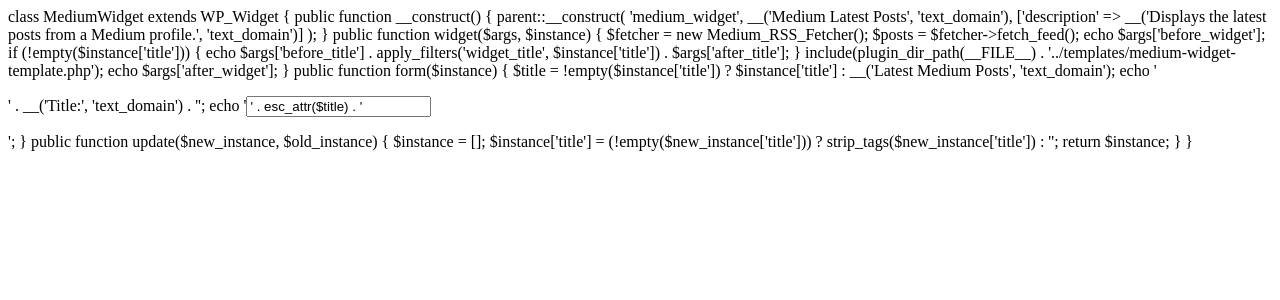
Repository: juanecl/jec-wp-rss-medium
Page: http://localhost/includes/class-medium-widget.php
These files come from the project's save history. The page is drawn as it stood at one moment and after the next save; the edit follows.
The browser window is 1280 px wide. The pictures show the whole page.
The page is run by PHP 8.4 with error messages shown; the project is at /var/www/html/.

Above is the page before, as saved 2025-01-30 16:18:44.

After the next save:
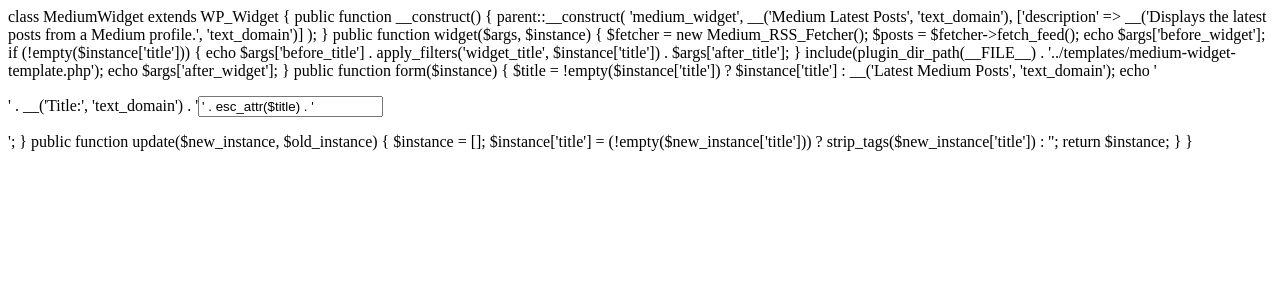
Saved 34 s later.
--- a/includes/class-medium-widget.php
+++ b/includes/class-medium-widget.php
@@ -23,8 +23,7 @@ class MediumWidget extends WP_Widget {
 
     public function form($instance) {
         $title = !empty($instance['title']) ? $instance['title'] : __('Latest Medium Posts', 'text_domain');
-        echo '<p><label for="' . esc_attr($this->get_field_id('title')) . '">' . __('Title:', 'text_domain') . '</label>';
-        echo '<input class="widefat" id="' . esc_attr($this->get_field_id('title')) . '" name="' . esc_attr($this->get_field_name('title')) . '" type="text" value="' . esc_attr($title) . '"></p>';
+        echo '<p><label for="' . esc_attr($this->get_field_id('title')) . '">' . __('Title:', 'text_domain') . '</label><input class="widefat" id="' . esc_attr($this->get_field_id('title')) . '" name="' . esc_attr($this->get_field_name('title')) . '" type="text" value="' . esc_attr($title) . '"></p>';
     }
 
     public function update($new_instance, $old_instance) {
